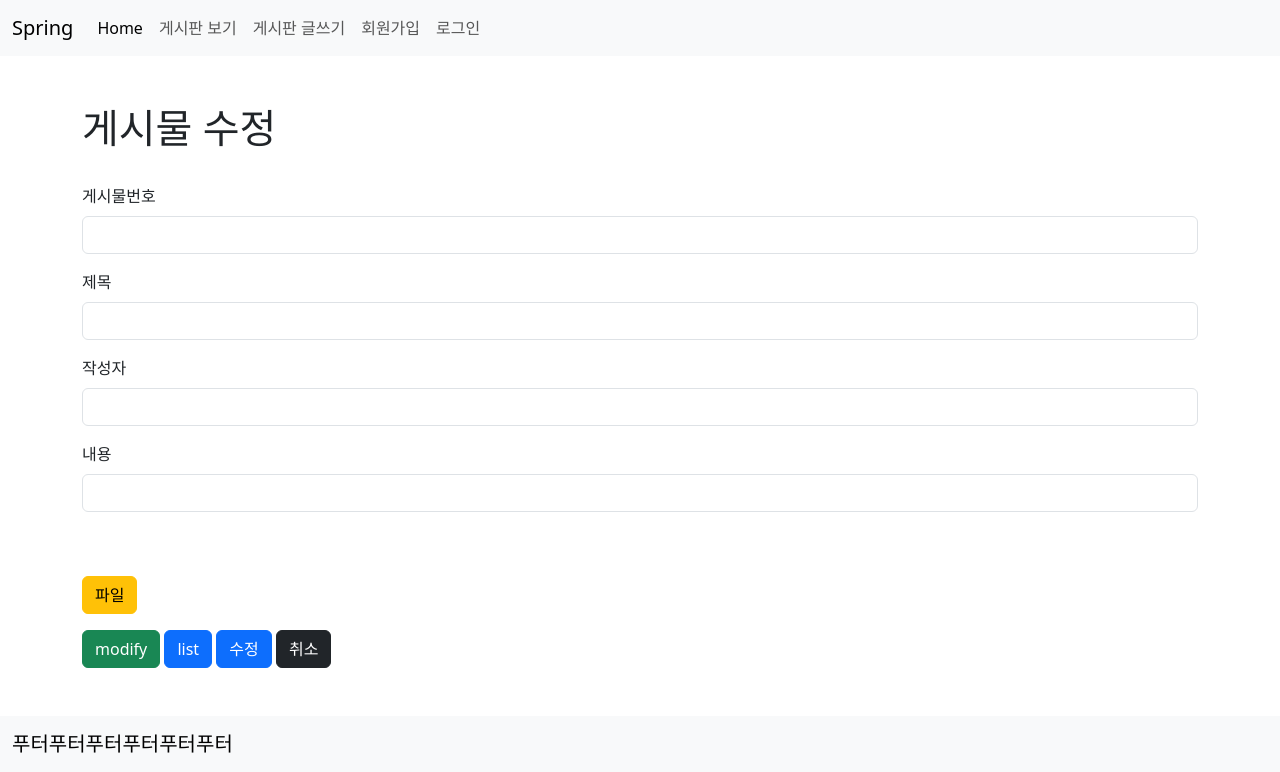
Repository: Jensuchan/spring_solo_project
Page: http://localhost/spring_test/WEB-INF/views/board/modify.jsp
An editor plug-in stored every save of this project. The page is shown before and after the next save, followed by the edit.
The browser window is 1280 px wide. The pictures show the whole page.
The page is served by Tomcat 9. Nobody is signed in. The template is opened directly, without the code that normally fills it, so the values that code supplies are empty.

Above is the page before, as saved 2024-01-18 01:31:38.

After the next save:
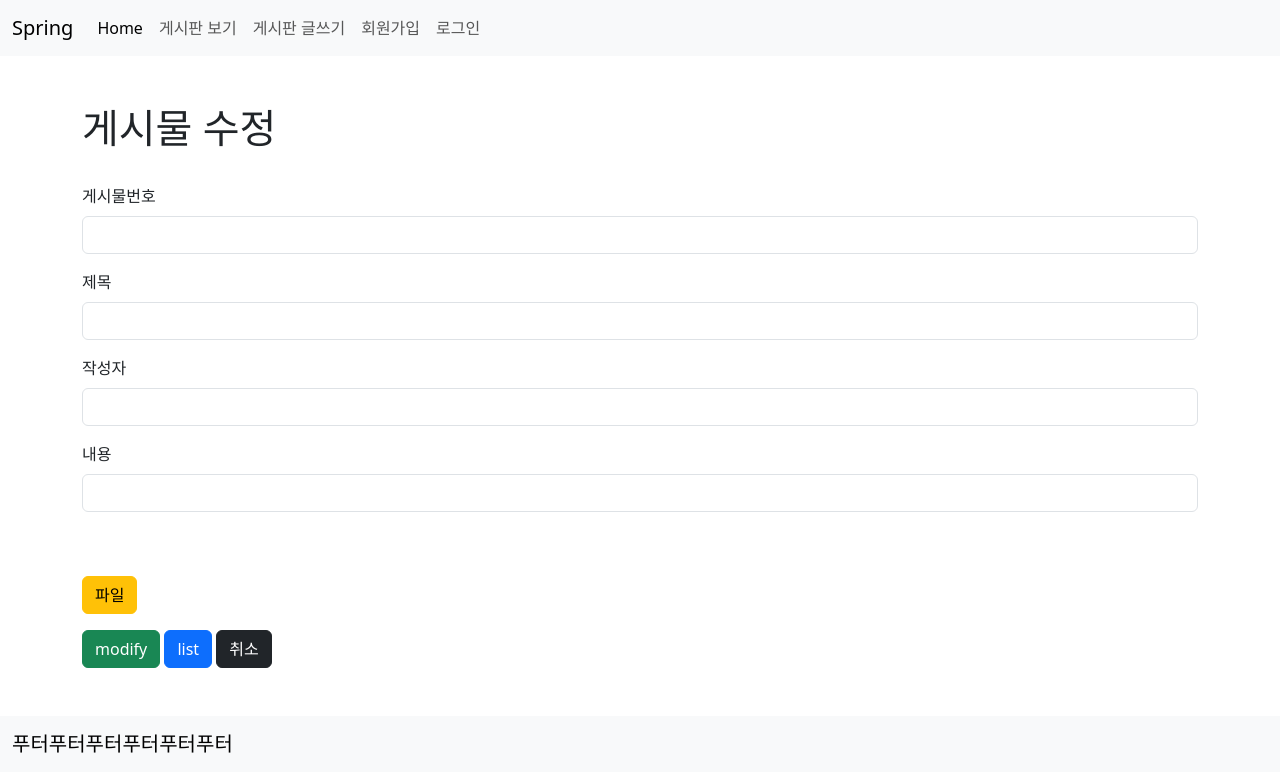
Saved 2 min 51 s later.
--- a/spring_test/src/main/webapp/WEB-INF/views/board/modify.jsp
+++ b/spring_test/src/main/webapp/WEB-INF/views/board/modify.jsp
@@ -60,9 +60,7 @@
 
  	<button type="submit" class="btn btn-success" id="regBtn">modify</button>
 	<a href="/board/list"><button type="button" class="btn btn-primary">list</button></a>
-
-		<button class="btn btn-primary" id="modBtn">수정</button>
-		<a href="/board/list"><button type="button" class="btn btn-dark">취소</button></a>
+	<a href="/board/list"><button type="button" class="btn btn-dark">취소</button></a>
 	</form>
 </div>
 
